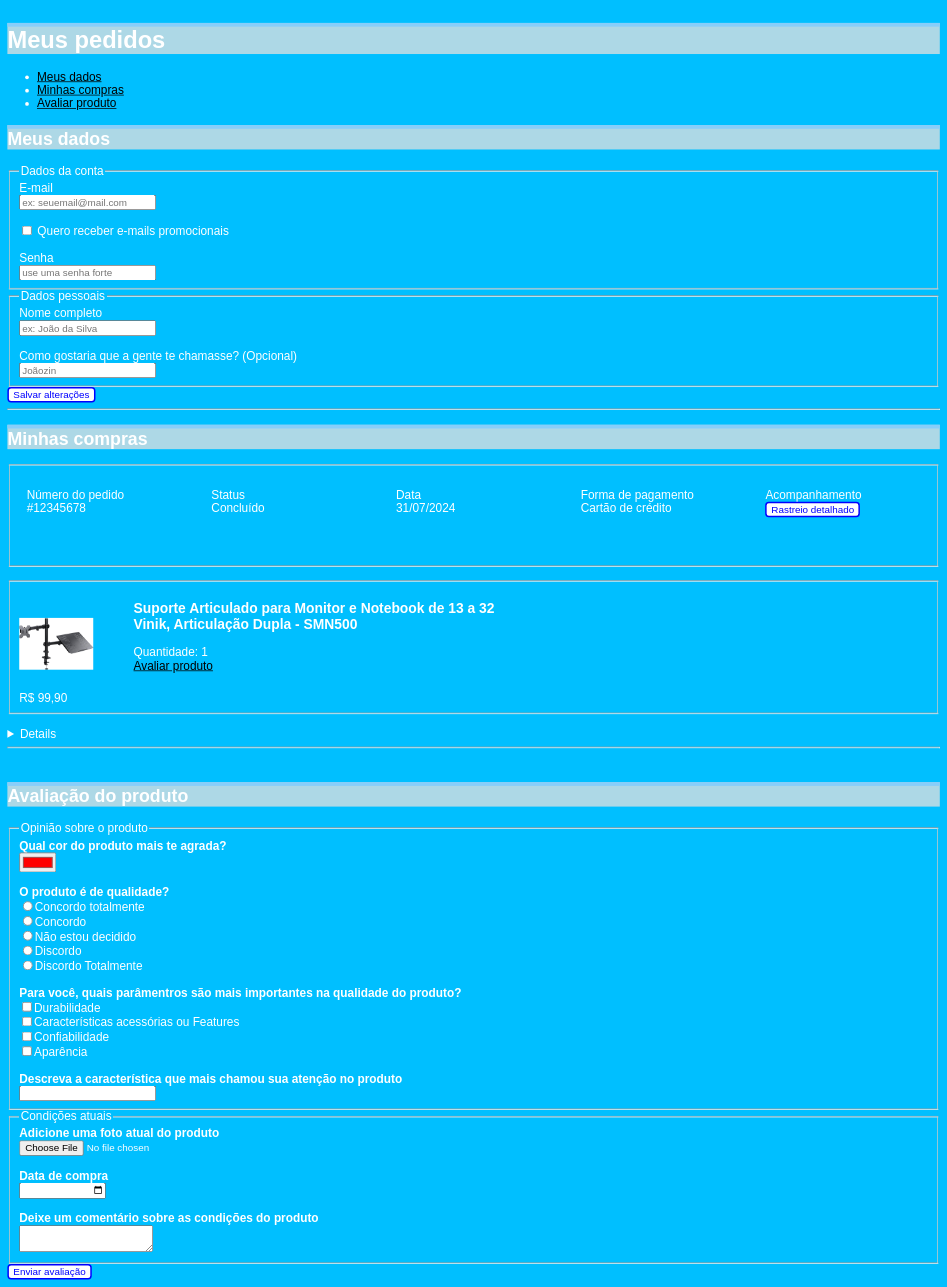
Repository: claudemir-camargo/site-compras
Page: index.html
The author's editor kept a copy of each file at every save. The page is drawn from the files as they stood at one save, then again after the next save.
The browser window is 1280 px wide. The pictures show the whole page, at 74% of full size.

Above is the page before, as saved 2024-03-10 01:31:48.

After the next save:
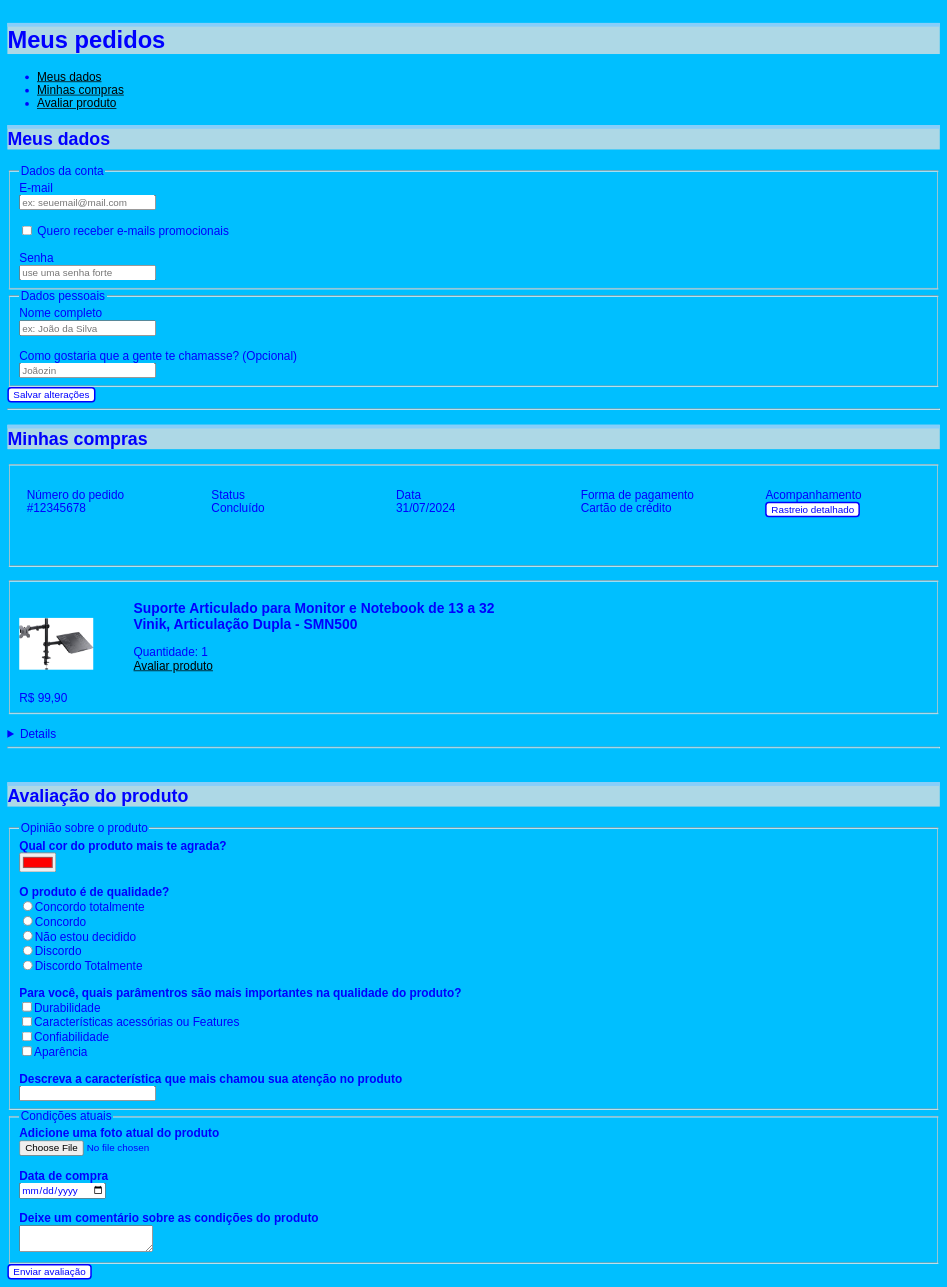
Saved 48 s later.
--- a/css/style.css
+++ b/css/style.css
@@ -1,6 +1,6 @@
 * {
     font-family: Arial, Helvetica, sans-serif;
-    color: white;
+    color: blue;
 }
 
 a {
